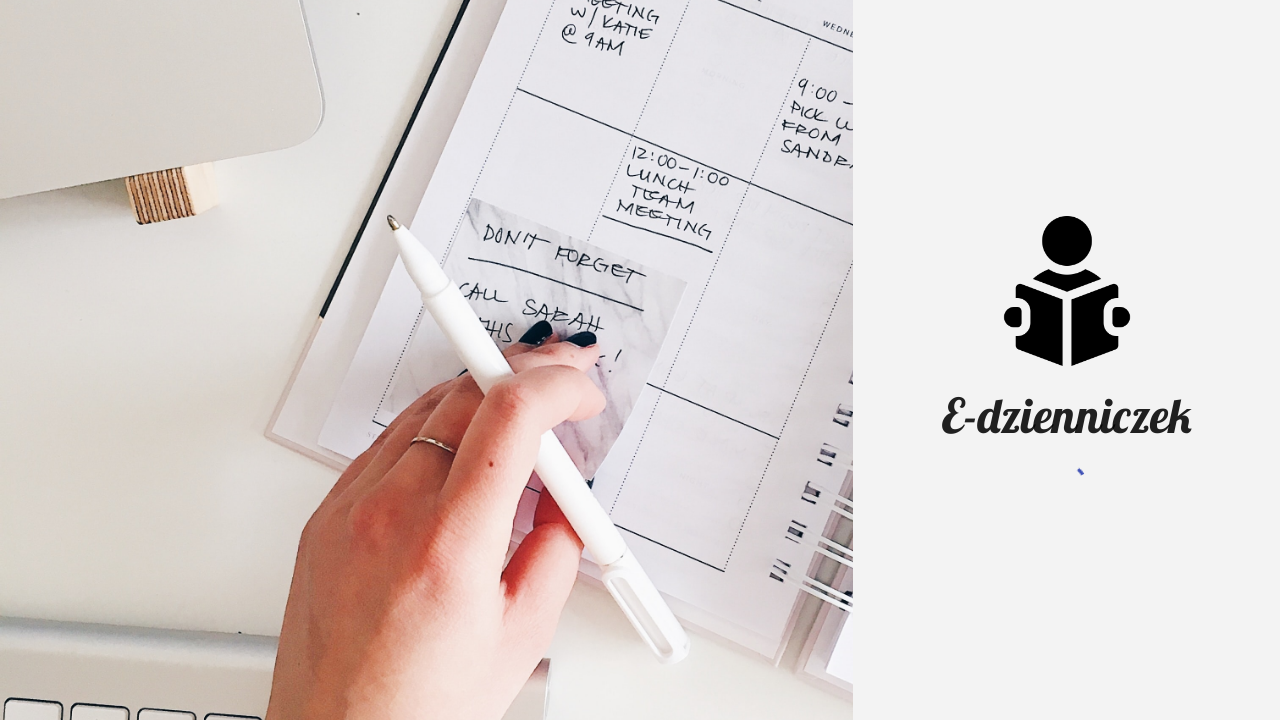
Repository: dominik3131/E-dzienniczek
Page: /
An editor plug-in stored every save of this project. The page is shown before and after the next save, followed by the edit.
The browser window is 1280 px wide. The pictures show the whole page.
The project was rebuilt for these pictures with package versions that can differ from the ones it lists, and the page was loaded fresh each time. Also part of the build but not shown: src/containers/LoginPageContainer/MainUserPageContainer/index.js.

Above is the page before, as saved 2020-11-18 12:43:57.

After the next save:
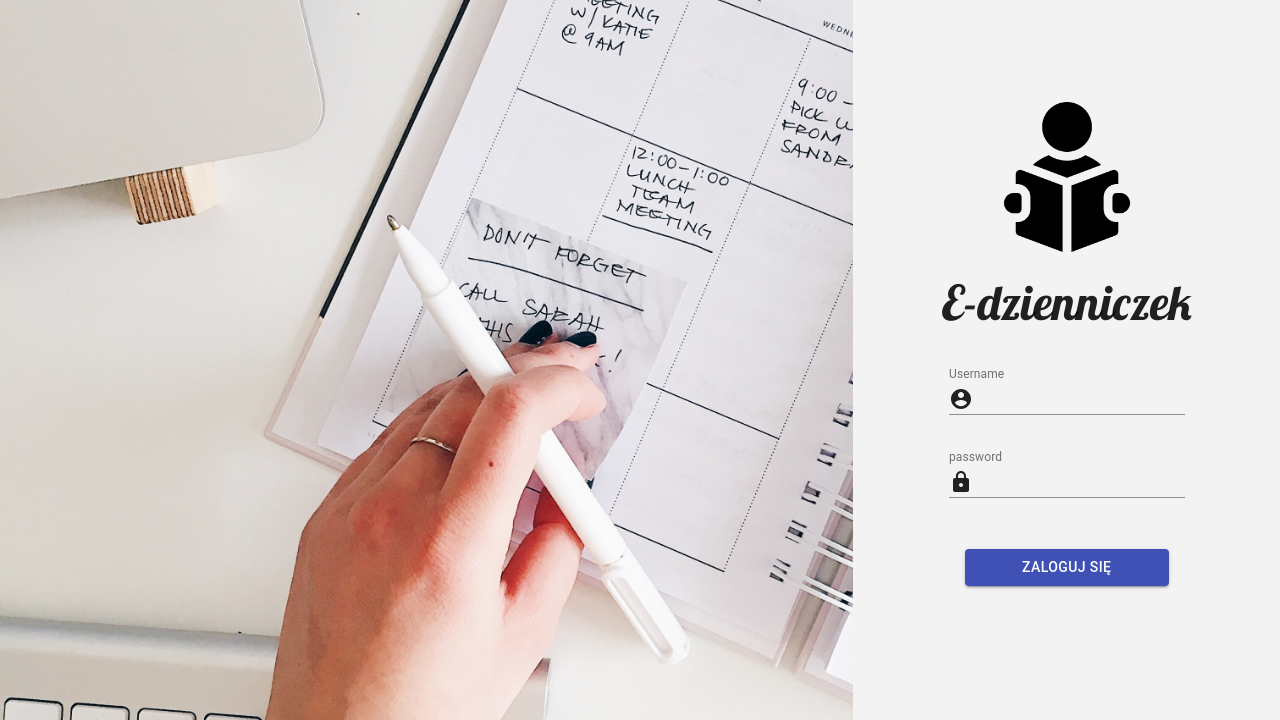
Saved 26 s later.
--- a/src/shared/withLogin.js
+++ b/src/shared/withLogin.js
@@ -42,6 +42,8 @@ export default (Cmp) => {
     return (
       <>
         {loading ? (
+          <CircularProgress />
+        ) : (
           <Cmp
             {...props}
             tryLogin={logIn}
@@ -49,8 +51,6 @@ export default (Cmp) => {
             validateErrors={errors}
             showErrors={showErrors}
           />
-        ) : (
-          <CircularProgress />
         )}
       </>
     );
